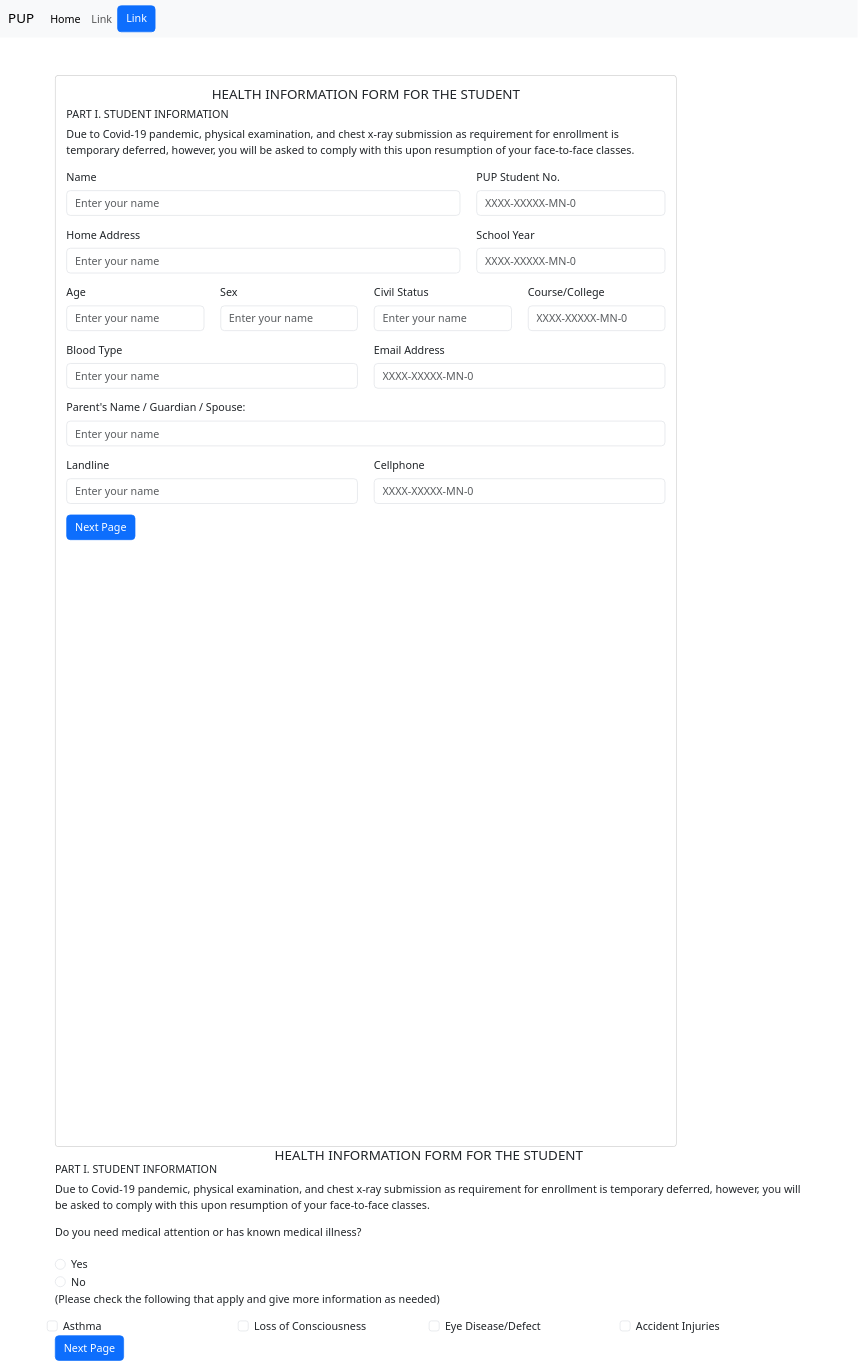
Repository: Nicktacku/webdev
Page: form.html
These files come from the project's save history. The page is drawn as it stood at one moment and after the next save; the edit follows.
The browser window is 1280 px wide. The pictures show the whole page, at 67% of full size.

Above is the page before, as saved 2024-07-15 18:26:32.

### form.html
<!DOCTYPE html>
<html lang="en">
  <head>
    <meta charset="UTF-8" />
    <meta name="viewport" content="width=device-width, initial-scale=1.0" />
    <title>Document</title>
    <link
      href="https://cdn.jsdelivr.net/npm/bootstrap@5.3.3/dist/css/bootstrap.min.css"
      rel="stylesheet"
      integrity="sha384-QWTKZyjpPEjISv5WaRU9OFeRpok6YctnYmDr5pNlyT2bRjXh0JMhjY6hW+ALEwIH"
      crossorigin="anonymous"
    />
  </head>
  <body>
    <!-- Navbar -->
    <nav class="navbar navbar-expand-lg bg-body-tertiary">
        <div class="container-fluid">
          <a class="navbar-brand" href="#">PUP</a>
          <button
            class="navbar-toggler"
            type="button"
            data-bs-toggle="collapse"
            data-bs-target="#navbarSupportedContent"
            aria-controls="navbarSupportedContent"
            aria-expanded="false"
            aria-label="Toggle navigation"
          >
            <span class="navbar-toggler-icon"></span>
          </button>
          <div class="collapse navbar-collapse" id="navbarSupportedContent">
            <ul class="navbar-nav me-auto mb-2 mb-lg-0">
              <li class="nav-item">
                <a class="nav-link active" aria-current="page" href="#">Home</a>
              </li>
              <li class="nav-item">
                <a class="nav-link" href="#">Link</a>
              </li>

              <a class="btn btn-primary" href="form.html" role="button">Link</a>
          </div>
        </div>
      </nav>

    <div
      class="container mt-2 pt-5"
    >


    <div class="card" style="width: 58rem; height: 100rem">

        <!-- section 1 -->
        <div class="card-body" id="section-1">
          <h5 class="card-title d-flex justify-content-center">HEALTH INFORMATION FORM FOR THE STUDENT</h5>
          <h6 class="card-text">PART I. STUDENT INFORMATION</h6>
          <p class="card-text">Due to Covid-19 pandemic, physical examination, and chest x-ray submission as requirement for enrollment is
            temporary deferred, however, you will be asked to comply with this upon resumption of your face-to-face classes.</p>

            <div class="row">
                <div class="col-8">
                    <div class="mb-3">
                        <label for="name" class="form-label">Name</label>
                        <input type="text" class="form-control" id="name-input" placeholder="Enter your name">
                      </div>
                </div>
                <div class="col">
                    <div class="mb-3">
                        <label for="name" class="form-label">PUP Student No.</label>
                        <input type="text" class="form-control" id="name-input" placeholder="XXXX-XXXXX-MN-0">
                      </div>
                </div>
            </div>

            <div class="row">
                <div class="col-8">
                    <div class="mb-3">
                        <label for="name" class="form-label">Home Address</label>
                        <input type="text" class="form-control" id="name-input" placeholder="Enter your name">
                      </div>
                </div>
                <div class="col">
                    <div class="mb-3">
                        <label for="name" class="form-label">School Year</label>
                        <input type="text" class="form-control" id="name-input" placeholder="XXXX-XXXXX-MN-0">
                      </div>
                </div>
            </div>

            <div class="row">
                <div class="col-3">
                    <div class="mb-3">
                        <label for="name" class="form-label">Age</label>
                        <input type="text" class="form-control" id="name-input" placeholder="Enter your name">
                      </div>
                </div>
                <div class="col-3">
                    <div class="mb-3">
                        <label for="name" class="form-label">Sex</label>
                        <input type="text" class="form-control" id="name-input" placeholder="Enter your name">
                      </div>
                </div>
                <div class="col-3">
                    <div class="mb-3">
                        <label for="name" class="form-label">Civil Status</label>
                        <input type="text" class="form-control" id="name-input" placeholder="Enter your name">
                      </div>
                </div>
                <div class="col">
                    <div class="mb-3">
                        <label for="name" class="form-label">Course/College</label>
                        <input type="text" class="form-control" id="name-input" placeholder="XXXX-XXXXX-MN-0">
                      </div>
                </div>
            </div>

            <div class="row">
                <div class="col-6">
                    <div class="mb-3">
                        <label for="name" class="form-label">Blood Type</label>
                        <input type="text" class="form-control" id="name-input" placeholder="Enter your name">
                      </div>
                </div>
                <div class="col">
                    <div class="mb-3">
                        <label for="name" class="form-label">Email Address</label>
                        <input type="text" class="form-control" id="name-input" placeholder="XXXX-XXXXX-MN-0">
                      </div>
                </div>
            </div>

            <div class="row">
                <div class="col">
                    <div class="mb-3">
                        <label for="name" class="form-label">Parent's Name / Guardian / Spouse:</label>
                        <input type="text" class="form-control" id="name-input" placeholder="Enter your name">
                      </div>
                </div>
            </div>

            <div class="row">
                <div class="col-6">
                    <div class="mb-3">
                        <label for="name" class="form-label">Landline</label>
                        <input type="text" class="form-control" id="name-input" placeholder="Enter your name">
                      </div>
                </div>
                <div class="col">
                    <div class="mb-3">
                        <label for="name" class="form-label">Cellphone</label>
                        <input type="text" class="form-control" id="name-input" placeholder="XXXX-XXXXX-MN-0">
                      </div>
                </div>
            </div>

          <a href="#" class="btn btn-primary">Next Page</a>
        </div>
      </div>

      <!-- Section 2 -->
      <div class="card-body" id="section-2">
        <h5 class="card-title d-flex justify-content-center">HEALTH INFORMATION FORM FOR THE STUDENT</h5>
        <h6 class="card-text">PART I. STUDENT INFORMATION</h6>
        <p class="card-text">Due to Covid-19 pandemic, physical examination, and chest x-ray submission as requirement for enrollment is
          temporary deferred, however, you will be asked to comply with this upon resumption of your face-to-face classes.</p>

          <div class="row">
            <div class="col">
                <div class="mb-3">
                    <label for="name" class="form-label">Do you need medical attention or has known medical illness?</label>
                </div>
                <div class="form-check">
                    <input class="form-check-input" type="radio" name="flexRadioDefault" id="flexRadioDefault1">
                    <label class="form-check-label" for="flexRadioDefault1">
                      Yes
                    </label>
                  </div>
                  <div class="form-check">
                    <input class="form-check-input" type="radio" name="flexRadioDefault" id="flexRadioDefault2">
                    <label class="form-check-label" for="flexRadioDefault2">
                      No
                    </label>
                  </div>

                  <div class="row">
                    <p class="col-12">(Please check the following that apply and give more information as needed)</p>
                    <div class="form-check col-3">
                        <input class="form-check-input" type="checkbox" value="" id="flexCheckDefault">
                        <label class="form-check-label" for="flexCheckDefault">
                          Asthma
                    </label>
                    </div>
                    <div class="form-check col-3">
                        <input class="form-check-input" type="checkbox" value="" id="flexCheckDefault">
                        <label class="form-check-label" for="flexCheckDefault">
                            Loss of Consciousness
                    </label>
                    </div>
                    <div class="form-check col-3">
                        <input class="form-check-input" type="checkbox" value="" id="flexCheckDefault">
                        <label class="form-check-label" for="flexCheckDefault">
                            Eye Disease/Defect
                    </label>
                    </div>
                    <div class="form-check col-3">
                        <input class="form-check-input" type="checkbox" value="" id="flexCheckDefault">
                        <label class="form-check-label" for="flexCheckDefault">
                            Accident Injuries
                    </label>
                    </div>
                  </div>
            </div>
          </div>

        <a href="#" class="btn btn-primary">Next Page</a>
      </div>
    </div>


    <script
      src="https://cdn.jsdelivr.net/npm/bootstrap@5.3.3/dist/js/bootstrap.bundle.min.js"
      integrity="sha384-YvpcrYf0tY3lHB60NNkmXc5s9fDVZLESaAA55NDzOxhy9GkcIdslK1eN7N6jIeHz"
      crossorigin="anonymous"
    ></script>
  </body>
</html>

After the next save:
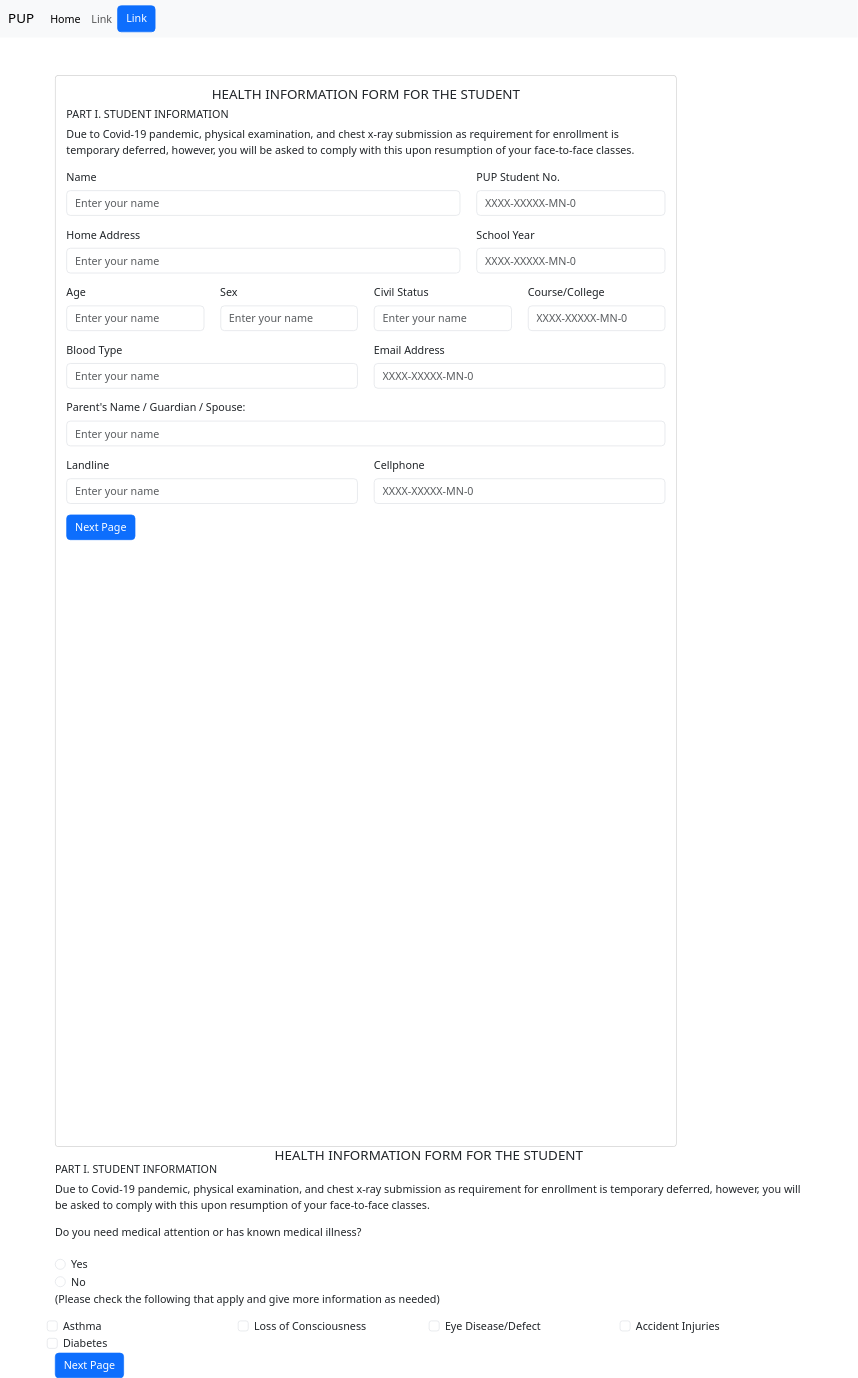
Saved 2 min 13 s later.
--- a/form.html
+++ b/form.html
@@ -206,6 +206,12 @@
                             Accident Injuries
                     </label>
                     </div>
+                    <div class="form-check col-3">
+                        <input class="form-check-input" type="checkbox" value="" id="flexCheckDefault">
+                        <label class="form-check-label" for="flexCheckDefault">
+                            Diabetes
+                    </label>
+                    </div>
                   </div>
             </div>
           </div>
